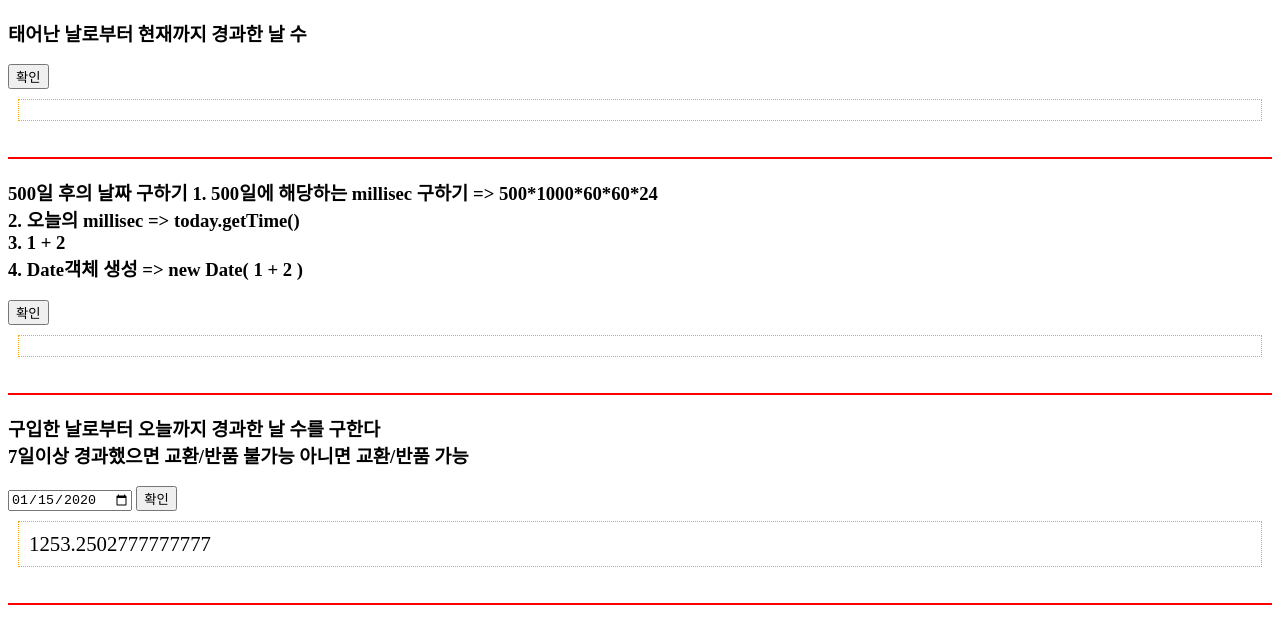
Repository: solsol7/ddit-html
Page: webpro/WebContent/0711/date객체2.html
An editor plug-in stored every save of this project. The page is shown before and after the next save, followed by the edit.
The browser window is 1280 px wide. The pictures show the whole page.
Empty fields were first filled with sample values (such as "Sample", 5 or name@example.com).
After loading, the first visible `input[onclick="proc3()"]` was clicked once.

Above is the page before, as saved 2023-07-11 06:15:17.

After the next save:
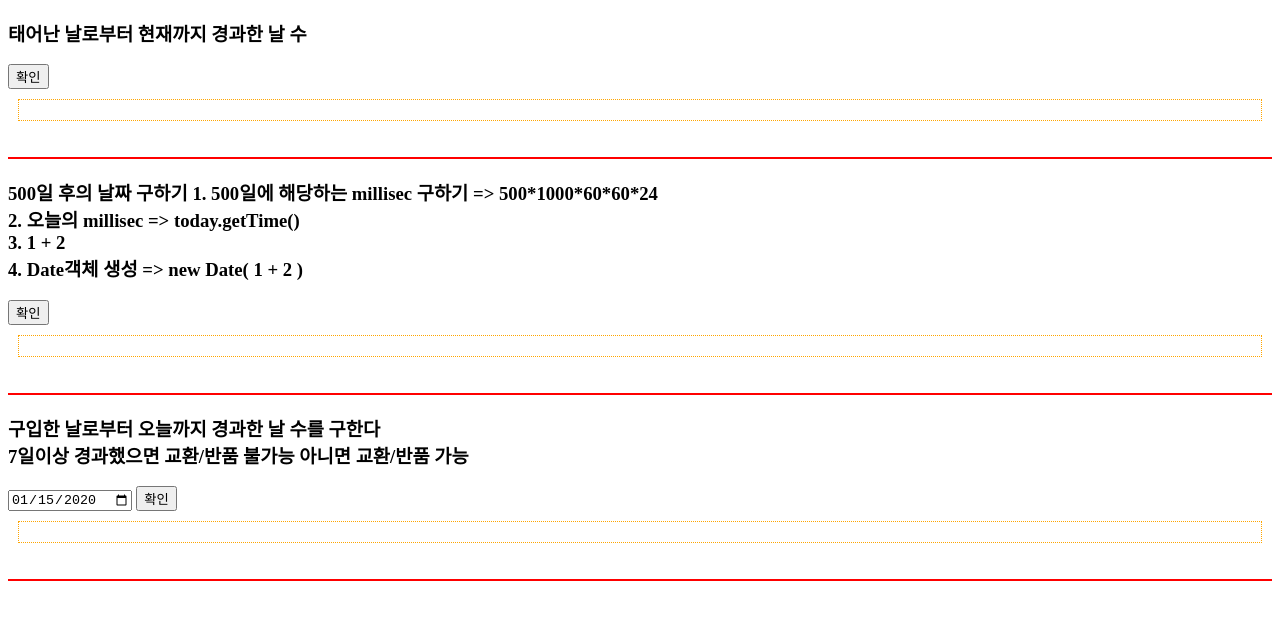
Console error: TypeError: Math.floer is not a function
Saved 40 s later.
--- a/webpro/WebContent/0711/date객체2.html
+++ b/webpro/WebContent/0711/date객체2.html
@@ -53,7 +53,7 @@
 	times = new Date() - new Date(buyday);
 
 	//4. 일 구하기	/1000 / 60 / 60 / 60/ 24
-	times = times / 1000 / 60/ 60/ 24;
+	times = Math.floer(times / 1000 / 60/ 60/ 24);
 
 	//5. day값 비교 - 7보다 크냐 안크냐
 

After the save that followed:
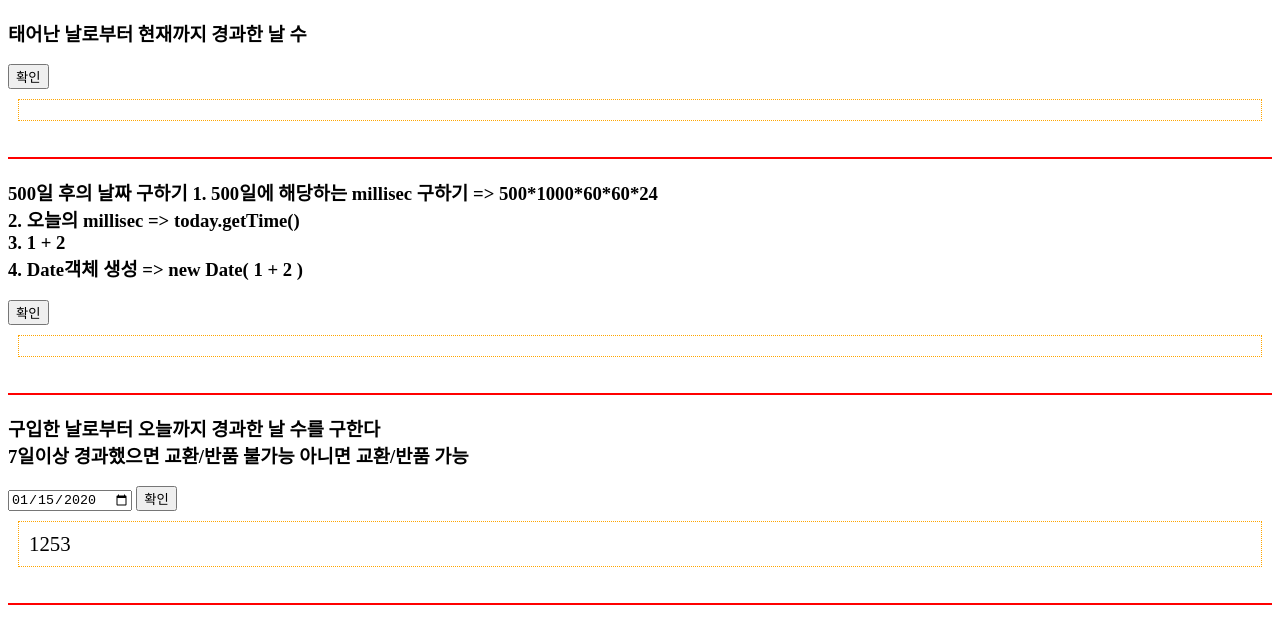
The error is gone.
Saved 17 s later.
--- a/webpro/WebContent/0711/date객체2.html
+++ b/webpro/WebContent/0711/date객체2.html
@@ -53,7 +53,7 @@
 	times = new Date() - new Date(buyday);
 
 	//4. 일 구하기	/1000 / 60 / 60 / 60/ 24
-	times = Math.floer(times / 1000 / 60/ 60/ 24);
+	times = Math.floor(times / 1000 / 60/ 60/ 24);
 
 	//5. day값 비교 - 7보다 크냐 안크냐
 
